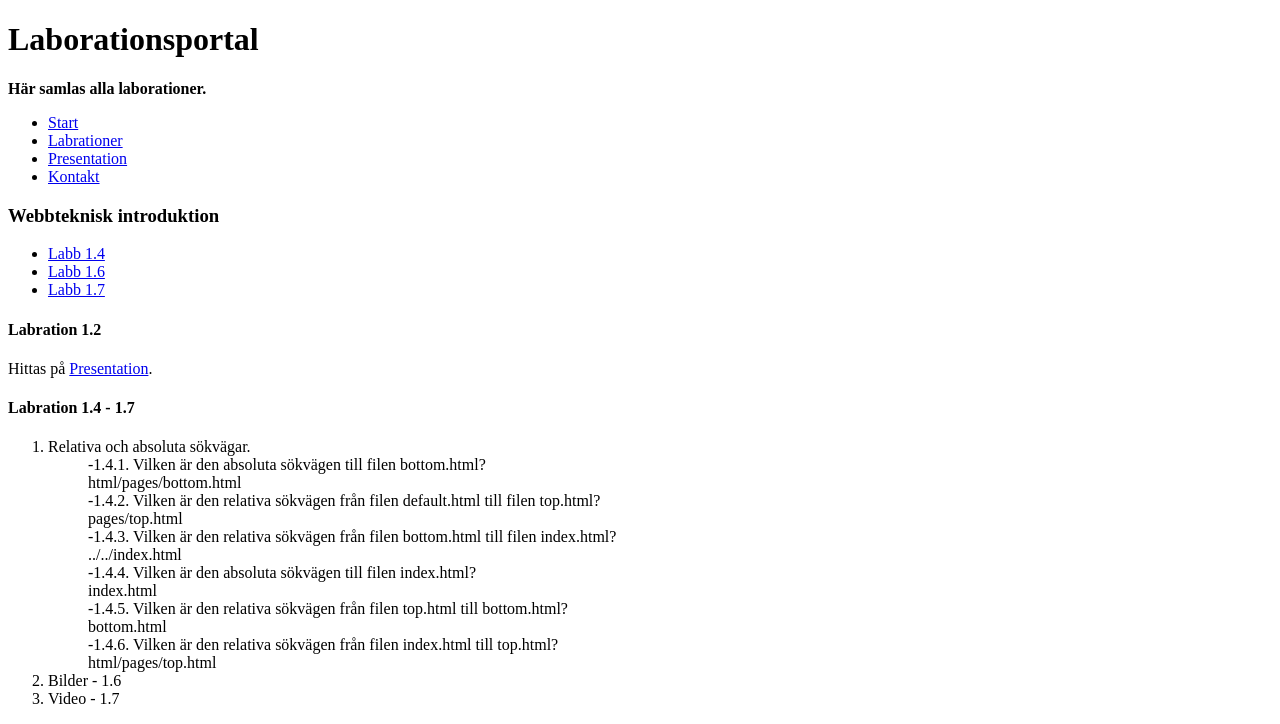
Repository: lw222gz/1ik415-laborationer
Page: Pages/labrationer.html
The author's editor kept a record of every edit. The page is drawn from the files as they stood at one moment, then again after the next edit.
The browser window is 1280 px wide. The pictures show the whole page.

Above is the page before.

After the next edit:
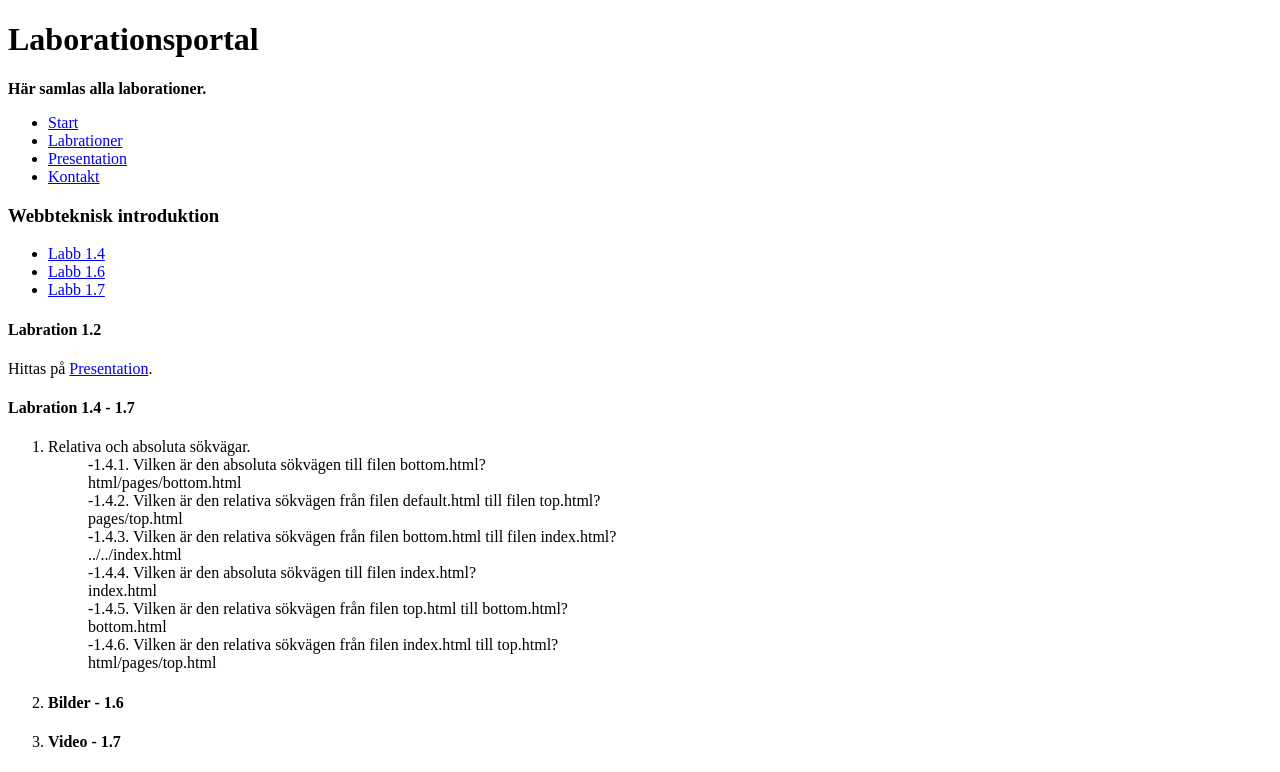
The edit:
--- a/Pages/labrationer.html
+++ b/Pages/labrationer.html
@@ -51,8 +51,8 @@
                 html/pages/top.html
         </ul>
     </li>
-    <li><a id="1.6"></a>Bilder    - 1.6</li>
-    <li><a id="1.7"></a>Video     - 1.7</li>
+    <li><a id="1.6"></a><h4>Bilder    - 1.6</h4></li>
+    <li><a id="1.7"></a><h4>Video     - 1.7</h4></li>
 </ol>
 </body>
 </html>
